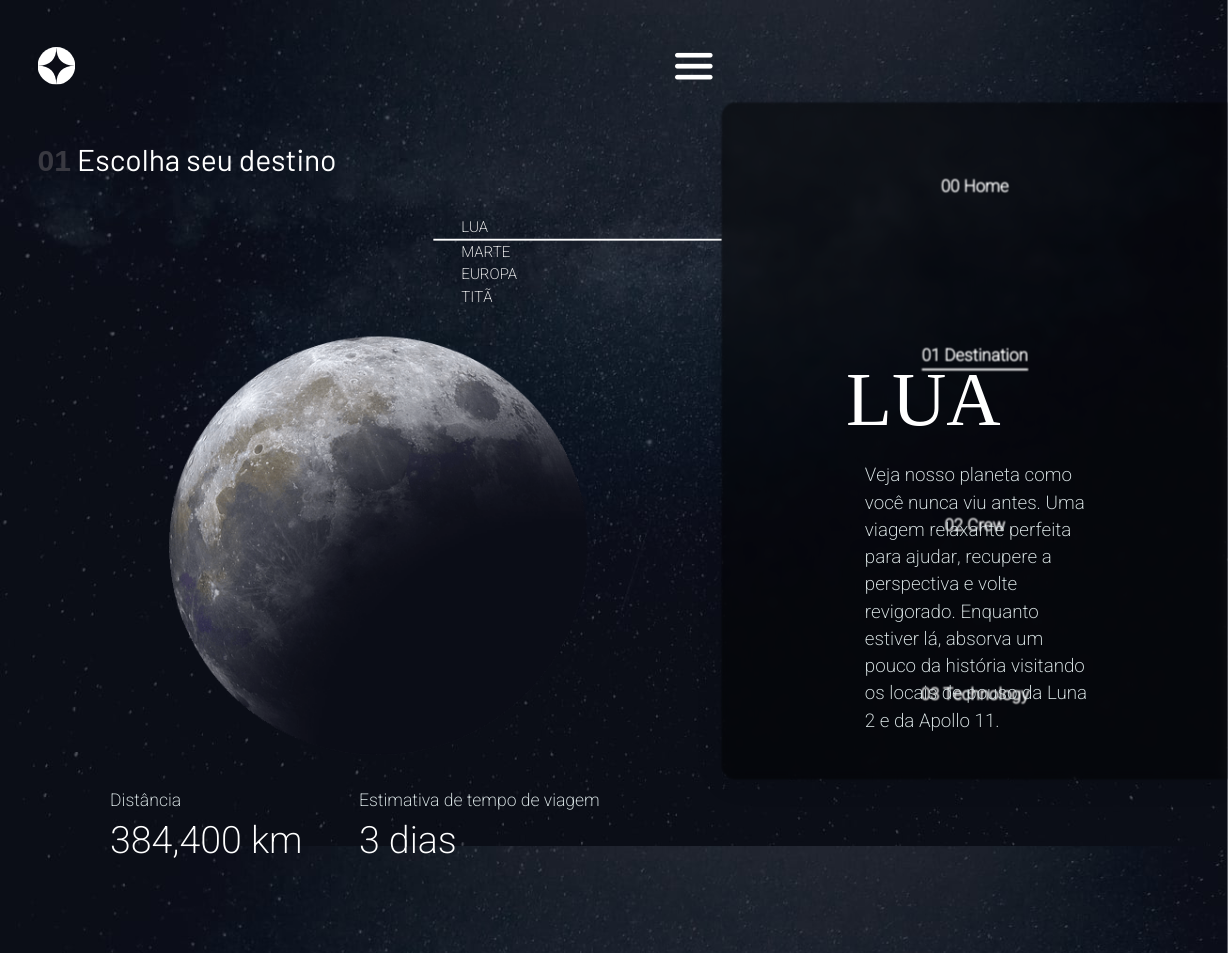
Repository: Leonngc/space-site
Page: space-tourism-website-main/space-tourism-website-main/starter-code/destination-moon.html
The author's editor kept a copy of each file at every save. The page is drawn from the files as they stood at one save, then again after a run of saves.
The browser window is 768 px wide. The page is 1306 px wide, so the pictures cover 1306 px, including what lies to the right of the window. The pictures show the whole page, at 94% of full size.
Some web libraries are served in a nearby version.

Above is the page before, as saved 2023-04-30 01:08:32.

### space-tourism-website-main/space-tourism-website-main/starter-code/destination-moon.html
<!DOCTYPE html>
<html lang="en">
<head>
  <meta charset="UTF-8">
  <meta name="viewport" content="width=device-width, initial-scale=1.0">

  <link rel="icon" type="image/png" sizes="32x32" href="./assets/favicon-32x32.png">
  <link rel='stylesheet' href='https://cdn-uicons.flaticon.com/uicons-bold-rounded/css/uicons-bold-rounded.css'>
  <link rel="stylesheet" href="styles/menu.css">
  <link rel="stylesheet" href="styles/destination.css">
  <script src="script/menu.js" defer></script>
  <title>Frontend Mentor | Space tourism website</title>
</head>
<body>

  <header>
    <img src="assets/shared/logo.svg" alt="" class="logo">

    <div class="line"></div>
    <nav>
      <button class="menu-button"><i class="fi fi-br-menu-burger"></i></button>
      <ul class="menu">
      <li class="item-menu"><a href="#">00 Home</a></li>
      <li class="item-menu page-active"><a href="#">01 Destination</a></li>
      <li class="item-menu"><a href="#">02 Crew</a></li>
      <li class="item-menu"><a href="#">03 Technology</a></li>
      </ul>
    </nav>

  </header>

<main>

    <h1><strong>01</strong> Escolha seu destino</h1>

    <ul class="nav-travel">
      <li class="travel-destiny page-active"><a href="">Lua</a></li>
      <li class="travel-destiny"><a href="">Marte</a></li>
      <li class="travel-destiny"><a href="">Europa</a></li>
      <li class="travel-destiny"><a href="">Titã</a></li>
    </ul>

    <div class="destination-container">
      <img src="assets/destination/image-moon.png" alt="">

      <div class="destination-info">
        <h2>Lua</h2>
        <p>
          Veja nosso planeta como você nunca viu antes. Uma viagem relaxante perfeita para ajudar,
          recupere a perspectiva e volte revigorado. Enquanto estiver lá, absorva um pouco da história
          visitando os locais de pouso da Luna 2 e da Apollo 11.
        </p>
      </div>
    </div>
   <div class="travel-container">
     <div class="info-travel">
       <h3>Distância</h3>
        <span>384,400 km</span>
     </div>

      <div class="info-travel">
        <h3>Estimativa de tempo de viagem</h3>
        <span>3 dias</span>
      </div>
   </div>

</main>
</body>
</html>

### space-tourism-website-main/space-tourism-website-main/starter-code/styles/menu.css
@import url('https://fonts.googleapis.com/css2?family=Heebo:wght@200&display=swap');

*{
    padding: 0;
    margin: 0;
}

body{
    overflow-x: hidden;
}

header{
    display: flex;
    justify-content: space-between;
}

.menu{
    margin-top: 20px;
    display: flex;
    width: 40vw ;
    height: 12vh;
    position: relative;
    list-style: none;
    background: rgba(255, 255, 255, 0.21);
    background: rgba(255, 255, 255, 0.08);
    box-shadow: 0 4px 30px rgba(0, 0, 0, 0.1);
    backdrop-filter: blur(5px);
    -webkit-backdrop-filter: blur(5px);
}

.item-menu{
    margin: auto;
}

.item-menu a{
    text-decoration: none;
    font-family: 'Heebo', sans-serif;
    color: white;
}


.line{
    background-color:  rgba(255, 255, 255, 0.21);

    height: 2px;
    width: 1110px;
    margin-top: 68px;
    margin-left: 30px;
}

.logo{
    margin-top: 30px;
    margin-left: 20px;
    width: 40px;
    height: 40px;
    padding: 20px;
}

.page-active{
    border-bottom: 2px solid white;
}

ul li > a:hover{
    font-size: 18px;
    transition: 2s;
}

.menu-button{
    display: none;
}



@media screen and (max-width: 990px){
    .line{
        display: none;
    }


    .menu{
        position: absolute;
        right: 0;
        width: 70vw;
        height: 90vh;
        display: flex;
        margin: 0;
        border-top-left-radius: 15px;
        border-bottom-left-radius: 15px;
        transform: translateX(100%);
        transition: transform 0.6s ease-in;
        background: rgba(255, 255, 255, 0.346);
        background: rgba(0, 0, 0, 0.47);
        box-shadow: 0 4px 30px rgba(0, 0, 0, 0.1);
        backdrop-filter: blur(5px);
        -webkit-backdrop-filter: blur(5px);
    }

    ul{
        flex-direction: column;
    }


    .menu li{
       color: white;
       font-size: 18px;
       font-weight: bold;
    }

    .menu-button{
        display: block;
        font-size: 40px;
        color: white;
        background: none;
        border: none;
        padding: 10px;
        margin-top: 40px;
    }

    ul.active{
        transform: translateX(0);
    }
}

### space-tourism-website-main/space-tourism-website-main/starter-code/styles/destination.css
@import url('https://fonts.googleapis.com/css2?family=Barlow&display=swap');
@import url('https://fonts.googleapis.com/css2?family=Heebo:wght@200&display=swap');
/*  font-family: 'Barlow', sans-serif;
    font-family: 'Heebo', sans-serif;
*/

:root{
    --title-font: 'Barlow';
    --paragraph-font: 'Heebo';
}

*{
    padding: 0;
    margin: 0;
}

body{
    max-width: 100vw;
    background-image: url(../assets/destination/background-destination-desktop.jpg);
}

main{
    color: white;
}

h1{
    font-family: var(--title-font);
    padding: 40px;
    font-weight: 100;
}

strong{
    color: #393941;
    font-family: Arial, Helvetica, sans-serif;
}

.nav-travel{
    width: 40vw;
    list-style: none;
    display: flex;
    float: right;
}

.nav-travel a{
    text-decoration: none;
    text-transform: uppercase;
    color: #f0f0f0;
    font-family: var(--paragraph-font);
    padding: 30px;
}

.destination-container{
    margin-left: 30px;
}

.destination-container > img{
    margin-left: 120px;
    padding: 30px;
}


.destination-info{
    width: 37vw;
    position: absolute;
    top: 380px;
    left: 900px;
}

.destination-info h2{
    font-size: 80px;
    font-weight: 200;
    font-family: serif;
    text-transform: uppercase;
}

.destination-info p{
    font-family: var(--paragraph-font);
    font-size: 20px;
    padding: 20px;
    font-weight: lighter;
    text-align: start;
    color: #dbe5e6;
}

.travel-container{
    float: right;
    display: flex;
    padding: 0px;
    flex-wrap: wrap;
    margin-bottom: 90px;
    margin-right: 100px;
}

.info-travel{
    font-family: var(--paragraph-font);
    padding: 0px 30px 0px 30px;
}


.info-travel h3{
    font-weight: lighter;
    color: #dbe5e6;
}

.info-travel > span{
    font-size: 40px;
    font-weight: lighter;
}

@media screen and (max-width: 990px){

}

### space-tourism-website-main/space-tourism-website-main/starter-code/script/menu.js
class MobileNavbar{
    constructor(mobileMenu, navList, navLink){
        this.mobileMenu = document.querySelector(mobileMenu);
        this.navList = document.querySelector(navList);
        this.navLink = document.querySelector(navLink);
        this.activeClass = "active";
        this.handleClick = this.handleClick.bind(this)
    }

    handleClick(){
        this.navList.classList.toggle(this.activeClass);
        this.mobileMenu.classList.toggle(this.activeClass)
    }

    addClickEvent(){
        this.mobileMenu.addEventListener("click", this.handleClick);
    }

    init(){
        if(this.mobileMenu){
            this.addClickEvent();
        }
        return this;
    }
}

const mobileNavbar = new MobileNavbar(
    "nav",
    "ul",
    "ul li",
);

mobileNavbar.init()

After the next 3 saves:
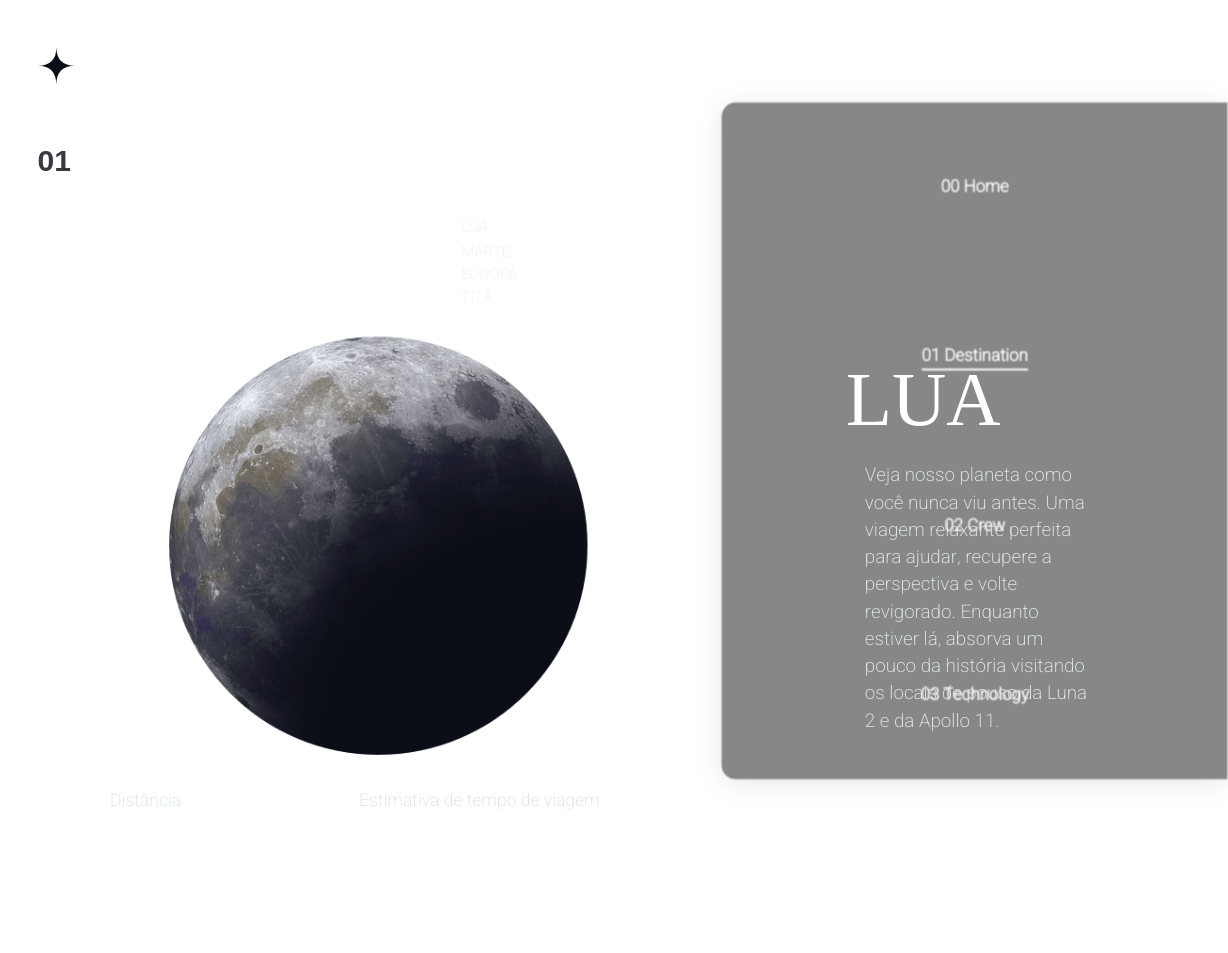
The 3 saves are shown as one change because they came seconds apart.
The last was saved 2 min 12 s later.
--- a/space-tourism-website-main/space-tourism-website-main/starter-code/styles/destination.css
+++ b/space-tourism-website-main/space-tourism-website-main/starter-code/styles/destination.css
@@ -108,5 +108,7 @@ strong{
 }
 
 @media screen and (max-width: 990px){
-
+    body{
+        background-image: url();
+    }
 }
